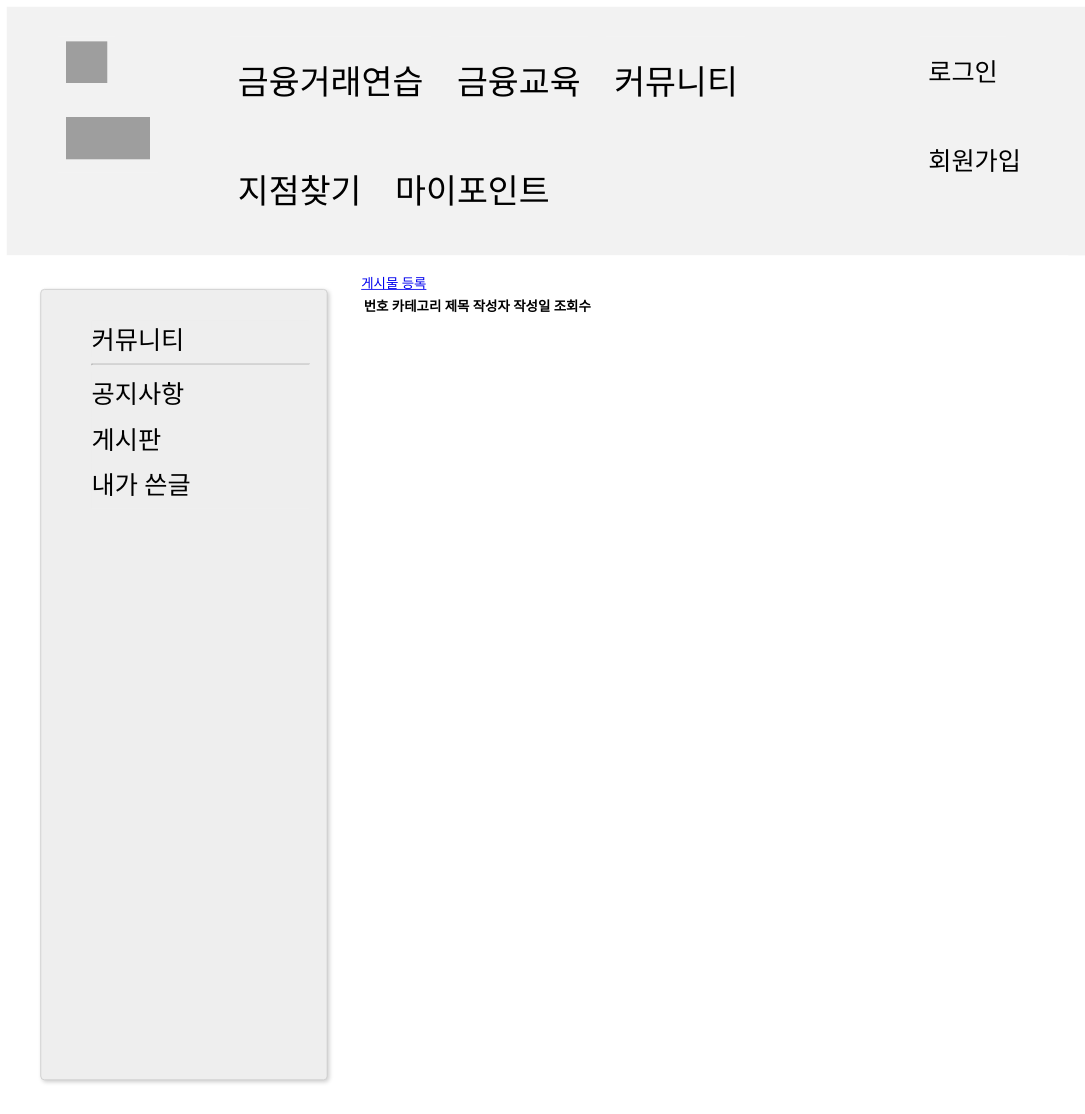
Repository: syc98syc/KB04_TeamProject
Page: http://localhost/jgig/WEB-INF/jsp/board/list.jsp
These files come from the project's save history. The page is drawn as it stood at one moment and after the next save; the edit follows.
The browser window is 1280 px wide. The page is 1292 px wide, so the pictures cover 1292 px, including what lies to the right of the window. The pictures show the whole page, at 84% of full size.
Pictures or frames that could not be fetched are drawn as grey boxes. Some web fonts or font styles are not loaded; a fallback is used. The page is served by Tomcat 9. Nobody is signed in. Other server files are loaded and not shown. The template is opened directly, without the code that normally fills it, so the values that code supplies are empty.

Above is the page before, as saved 2023-09-06 04:42:11.

### jgig/src/main/webapp/WEB-INF/jsp/board/list.jsp
<%@ page language="java" contentType="text/html; charset=UTF-8"
    pageEncoding="UTF-8"%>
<%@ taglib uri="http://java.sun.com/jsp/jstl/core" prefix="c" %>
<!DOCTYPE html>
<html>
<head>
<meta charset="UTF-8">
<title>웹게시물 목록</title>
<style>
#content {
    flex-grow: 1; /* 남은 공간을 모두 차지하도록 설정 */
    background-color: #fff; /* 배경색 설정 */
    padding: 20px; /* 내부 여백 설정 */
}
</style>
</head>
<body>
<%@ include file="../include/top_navbar.jsp" %>
<%@ include file="../include/left_navbar.jsp" %>
<div id="content">
	<a href="/board_insert_form">게시물 등록</a> <br>
	<table>
		<tr>
		<th>번호</th>
		<th>카테고리</th>
		<th>제목</th>
		<th>작성자</th>
		<th>작성일</th>
		<th>조회수</th>
		<c:forEach items="${board_list}" var="brd">
		<tr>
			<td>${brd.brd_id }</td>
			<td>${brd.brd_category }</td>
			<td><a href="board_detail?no=${brd.brd_id}">${brd.title}</a></td>
			<td>${brd.mem_id }</td>
			<td>${brd.brd_date_created }</td>
			<td>${brd.brd_view }</td>
		</tr>
		</c:forEach>
	</table>
</div>
</body>
</html>

### jgig/src/main/webapp/WEB-INF/jsp/include/top_navbar.jsp
<%@ page language="java" contentType="text/html; charset=UTF-8"
    pageEncoding="UTF-8"%>
<!DOCTYPE html>
<html>
<head>
<meta charset="UTF-8">
<title>Insert title here</title>
<style>
@import url('https://fonts.googleapis.com/css2?family=Nanum+Gothic+Coding:wght@700&display=swap');  /* 글꼴 */

/* 상단 메뉴 스타일 */
        #top-menu {
            background-color: #F2F2F2;
            color: #fff;
            padding: 10px;
            width: 100%;
             display: flex;
  justify-content: center;
        }


    #img1 {
		width: 7vmin;
		height: 7vmin;
	}


	#img2 {
		width: 14vmin;
		height: 7vmin;
	}

	#top-menu a {
    color: #000; /* 링크 글꼴 색상 설정 */
    text-decoration: none; /* 링크 밑줄 제거 */
}

	#top-menu ul{
		list-style: none;
	}
	#top-menu li{
		font-family: 'Nanum Gothic Coding', cursive;
		float: left;
		background: #F2F2F2;
		padding:5px 10px;
		font-size: 40px;
		margin: 10px;
	}

	#top-menu ul li a{
		line-height: 2.5;
	}

	#nav3 ul li{
		font-size:30px;
	}
</style>
</head>
<body>
	<div id = "top-menu">
		<nav id = "nav1">
				<ul>
					<li><img id="img1" src="../resources/img/KB.png"></li>
					<li><img id="img2" src="../resources/img/지금입금.png"></li>
				</ul>
		</nav id = "nav2">
		<nav>
				<ul>
					<li class="menu1"><a href="#">금융거래연습</a></li>
					<li class="menu2"><a href="#">금융교육</a></li>
					<li class="menu3"><a href="#">커뮤니티</a></li>
					<li class="menu4"><a href="#">지점찾기</a></li>
					<li class="menu5"><a href="#">마이포인트</a></li>
				</ul>
		</nav>
		<nav id = "nav3">
				<ul>
					<li class="menu6"><a href="#">로그인</a></li>
					<li class="menu7"><a href="#">회원가입</a></li>
				</ul>
		</nav>
	</div>

</body>
</html>

### jgig/src/main/webapp/WEB-INF/jsp/include/left_navbar.jsp
<%@ page language="java" contentType="text/html; charset=UTF-8"
    pageEncoding="UTF-8"%>
<!DOCTYPE html>
<html>
<head>
<meta charset="UTF-8">
<title>Insert title here</title>
<style>

@import url('https://fonts.googleapis.com/css2?family=Nanum+Gothic+Coding:wght@700&display=swap');  /* 글꼴 */
/* 좌측 사이드바 스타일 */
#sidebar {
    width: 300px; /* 박스 컨테이너의 너비 설정 */
    height: 900px; /* 박스 컨테이너의 높이 설정 */
    background-color: #eee; /* 배경색 설정 */
    color: #000; /* 글꼴 색상 설정 */
    padding: 20px; /* 내부 여백 설정 */
    border: 1px solid #ccc; /* 박스 컨테이너의 테두리 설정 */
    border-radius: 5px; /* 박스 컨테이너의 모서리를 둥글게 설정 */
    box-shadow: 2px 2px 5px rgba(0, 0, 0, 0.2); /* 그림자 효과 추가 */
    line-height: normal;
    display: inline-block;
    vertical-align: middle;
    margin: 40px;
    float: left; /*왼쪽에 떠있게*/
}

/* 좌측 사이드바 링크 스타일 */
#sidebar a {
    color: #000; /* 링크 글꼴 색상 설정 */
    text-decoration: none; /* 링크 밑줄 제거 */
}

/* 좌측 사이드바 링크 호버 스타일 */
#sidebar a:hover {
    text-decoration: underline; /* 호버 상태에서 밑줄 추가 */
}

/* 좌측 사이드바 제목 스타일 */
#sidebar
	ul{
		list-style: none;
	}
	li{
		font-family: 'Nanum Gothic Coding', cursive;
		display: block; /* 각 <li> 요소를 한 줄에 하나씩 표시 */
		background: #eee;
		font-size: 30px;
	}

	#sidebar ul li a{
		line-height: 1.8;
	}

</style>
</head>
<body>
	<div id = "sidebar">
		<nav>
				<ul>
					<li>커뮤니티</li> <hr>
					<li class="menu1"><a href="#">공지사항</a></li>
					<li class="menu2"><a href="#">게시판</a></li>
					<li class="menu3"><a href="#">내가 쓴글</a></li>
				</ul>
		</nav>
	</div>

</body>
</html>

After the next save:
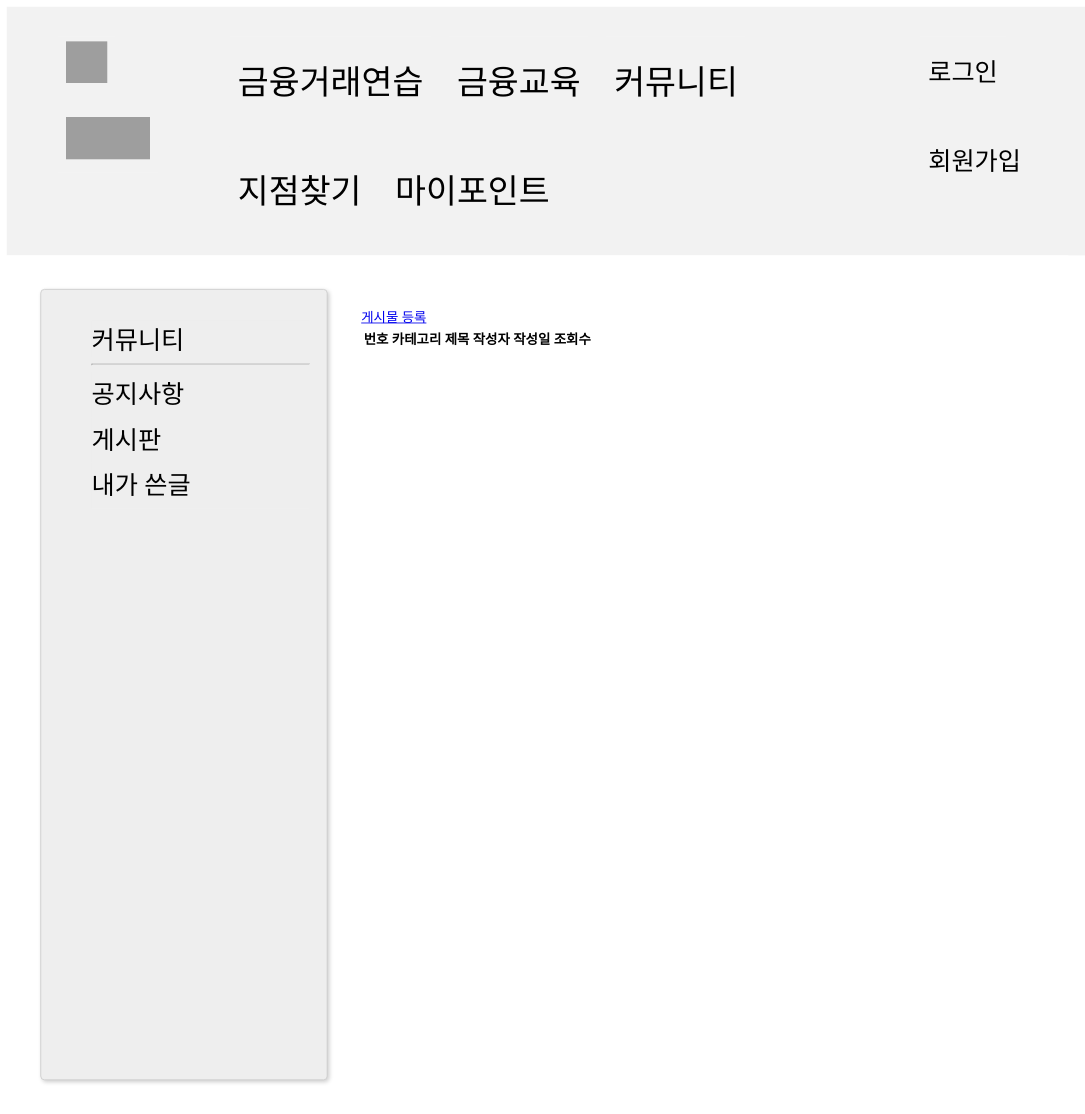
Saved 16 s later.
--- a/jgig/src/main/webapp/WEB-INF/jsp/board/list.jsp
+++ b/jgig/src/main/webapp/WEB-INF/jsp/board/list.jsp
@@ -10,7 +10,7 @@
 #content {
     flex-grow: 1; /* 남은 공간을 모두 차지하도록 설정 */
     background-color: #fff; /* 배경색 설정 */
-    padding: 20px; /* 내부 여백 설정 */
+    padding: 60px; /* 내부 여백 설정 */
 }
 </style>
 </head>

After the save that followed:
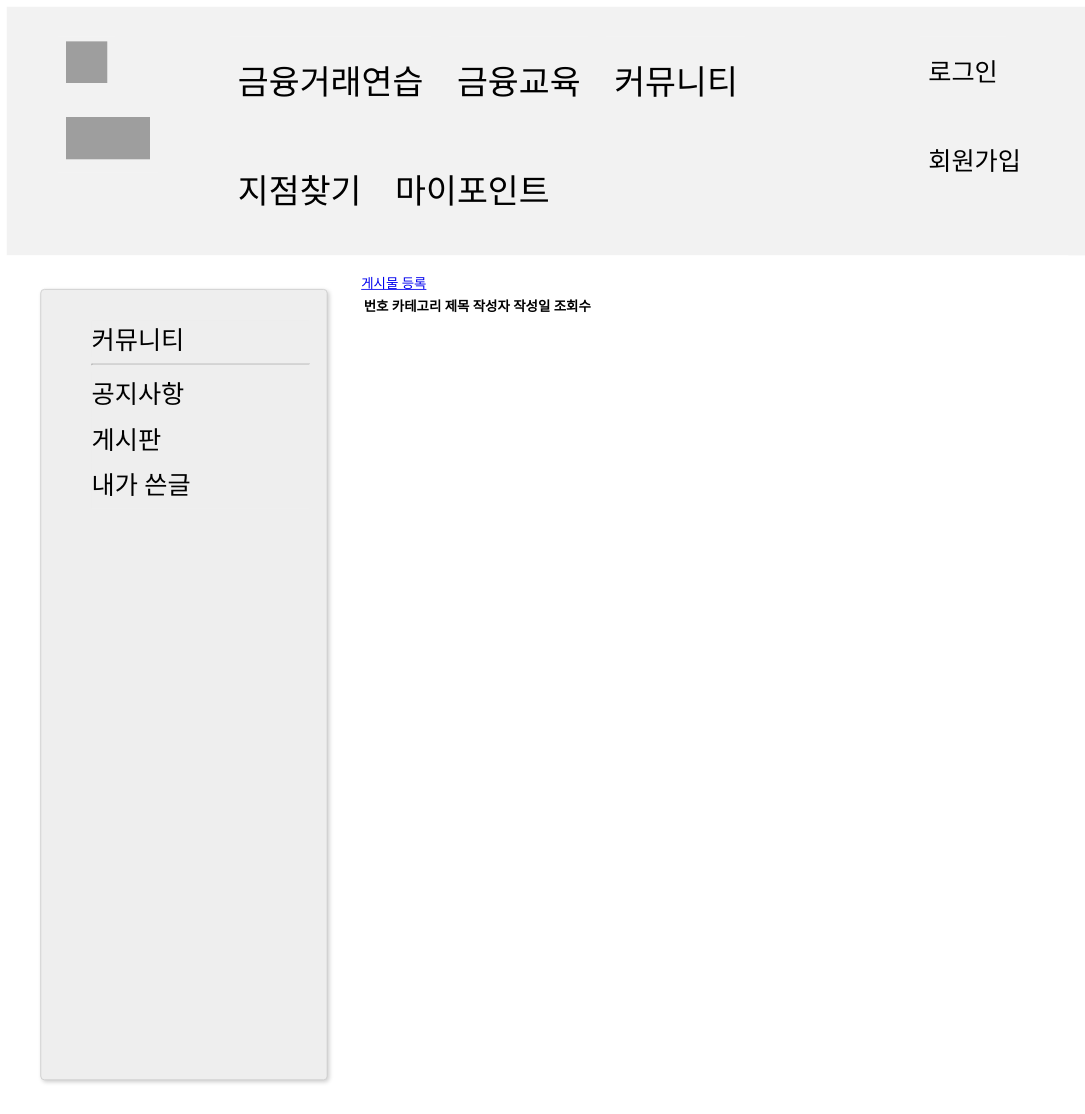
Saved 12 s later.
--- a/jgig/src/main/webapp/WEB-INF/jsp/board/list.jsp
+++ b/jgig/src/main/webapp/WEB-INF/jsp/board/list.jsp
@@ -10,7 +10,7 @@
 #content {
     flex-grow: 1; /* 남은 공간을 모두 차지하도록 설정 */
     background-color: #fff; /* 배경색 설정 */
-    padding: 60px; /* 내부 여백 설정 */
+    padding: 20px; /* 내부 여백 설정 */
 }
 </style>
 </head>
